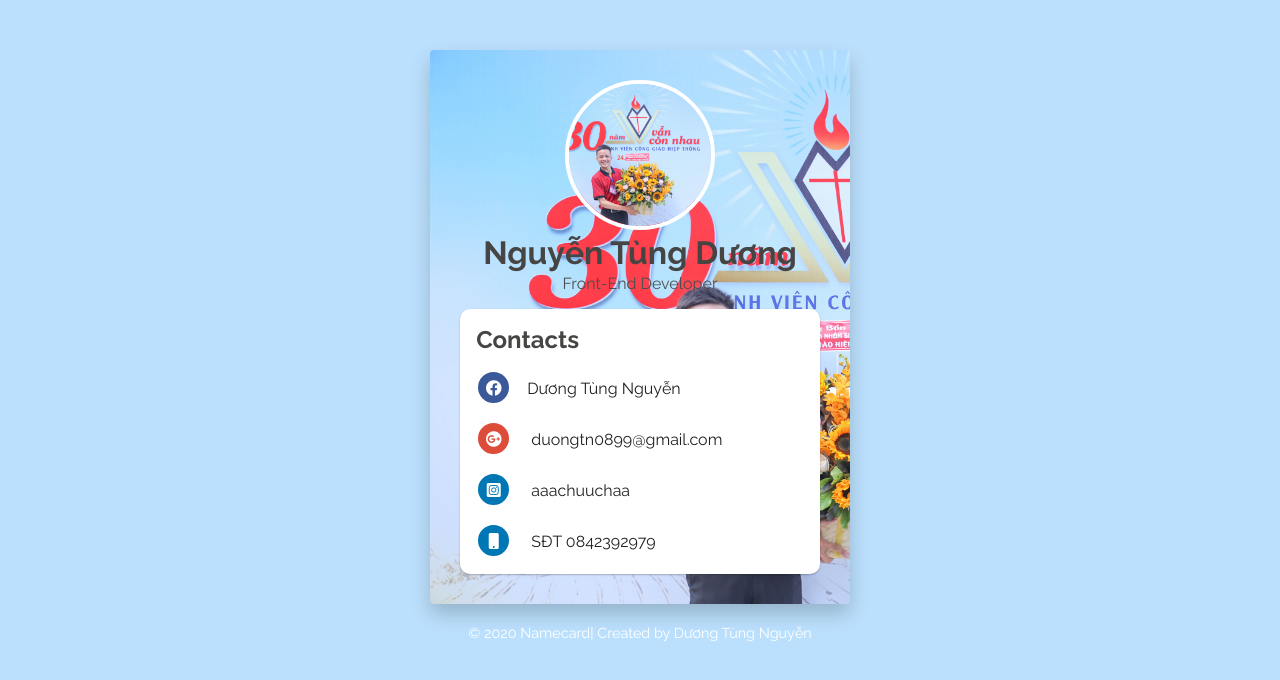
Repository: DuongTungNguyen0899/Card_Duong.github.io
Page: index.html
The author's editor kept a copy of each file at every save. The page is drawn from the files as they stood at one save, then again after the next save.
The browser window is 1280 px wide. The pictures show the whole page.

Above is the page before, as saved 2021-06-27 18:45:01.

After the next save:
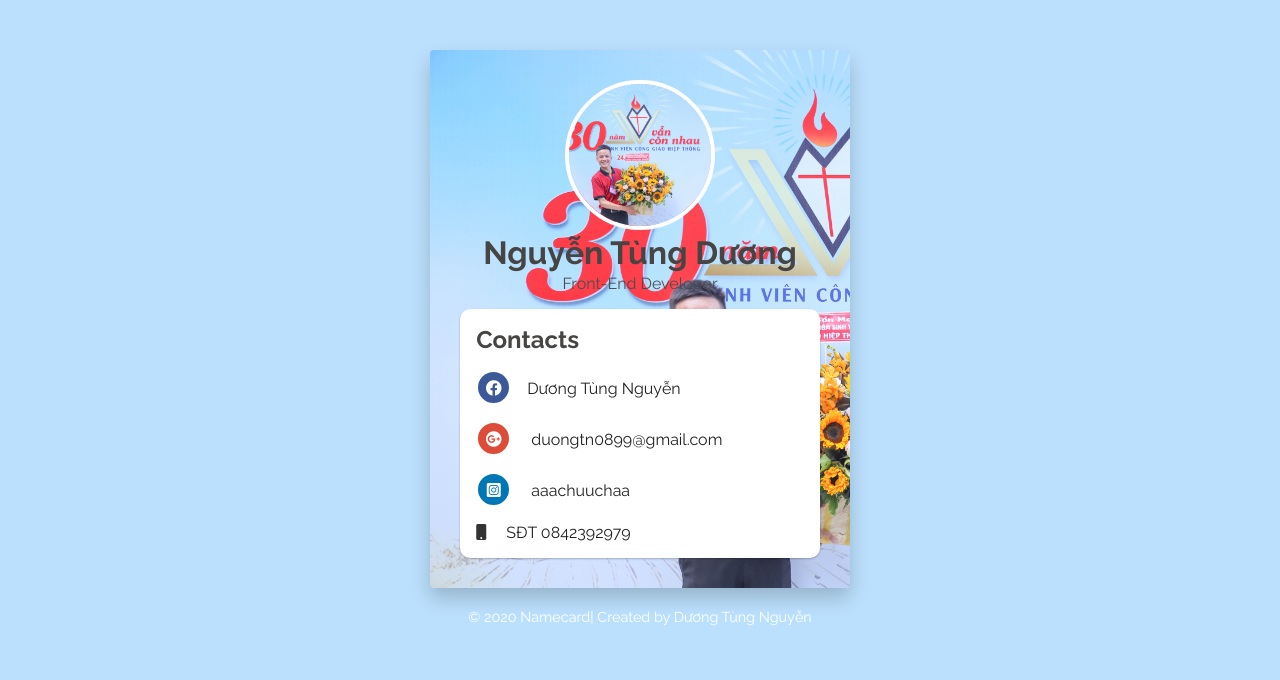
Saved 70 s later.
--- a/css/style.css
+++ b/css/style.css
@@ -131,7 +131,7 @@ h1 {
 	color: #333;
     text-align: center;
 }
-.social ul li a i.fab.fa-facebook,.social ul li a img.fab.fa-zalo,.social ul li a i.fab.fa-instagram-square,.social ul li a i.fab.fa-google-plus,.social ul li a i.fas.fa-mobile{
+.social ul li a i.fab.fa-facebook,.social ul li a img.fab.fa-zalo,.social ul li a i.fab.fa-instagram-square,.social ul li a i.fab.fa-google-plus,.social ul li a i.fas.fa-phone-alt{
     height: 35px;
     width: 35px;
     background: none;
@@ -158,7 +158,7 @@ h1 {
 .social ul li a i.fab.fa-instagram-square{
 	background: #0077b5;
 }
-.social ul li a i.fas.fa-mobile{
+.social ul li a i.fas.fa-phone-alt{
 	background: #0077b5;
 }
 .social ul li a i.fab.fa-google-plus{
@@ -169,7 +169,7 @@ h1 {
     color: #3b5998;
 	background:none;
 }
-.social ul li a i.fas.fa-mobile:hover {
+.social ul li a i.fas.fa-phone-alt:hover {
 	border: solid 2px #3b5998;
     color: #3b5998;
 	background:none;

After the save that followed:
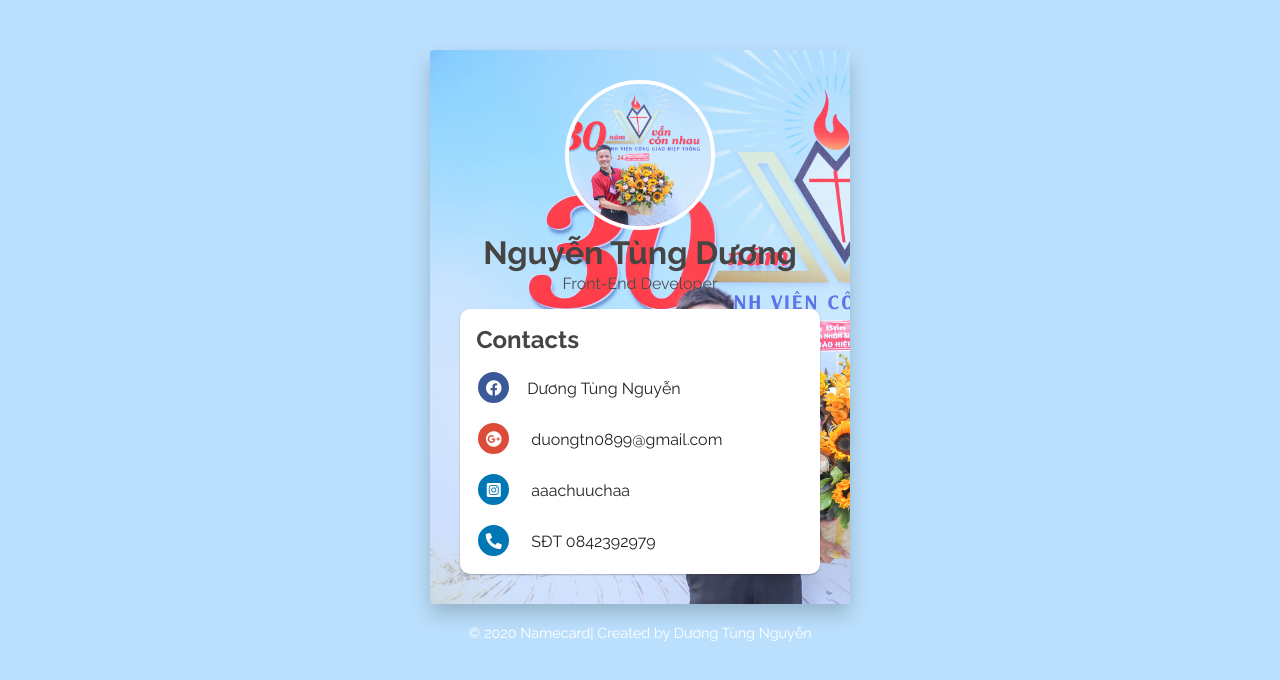
Saved 9 s later.
--- a/index.html
+++ b/index.html
@@ -41,7 +41,7 @@
                         <li><a href="duongtn0899@gmail.com"><i class="fab fa-google-plus" aria-hidden="true"></i> <p>duongtn0899@gmail.com</p></a></li>
                         <!-- <li><a href="#"> <img src="/img/iconfinder_7044033_zalo_icon_512px.png" class="fab fa-zalo" alt=""> <p>Connected To Zalo</p></a></li> -->
 						<li><a href="https://www.instagram.com/aaachuuchaa/"><i class="fab fa-instagram-square"></i> <p>aaachuuchaa</p></a></li>
-						<li><a href="tel: 0842392979"><i class="fas fa-mobile "></i> <p>SĐT 0842392979</p></a></li>
+						<li><a href="tel: 0842392979"><i class="fas fa-phone-alt "></i> <p>SĐT 0842392979</p></a></li>
 					</ul>
 				</div>
 			</div>
